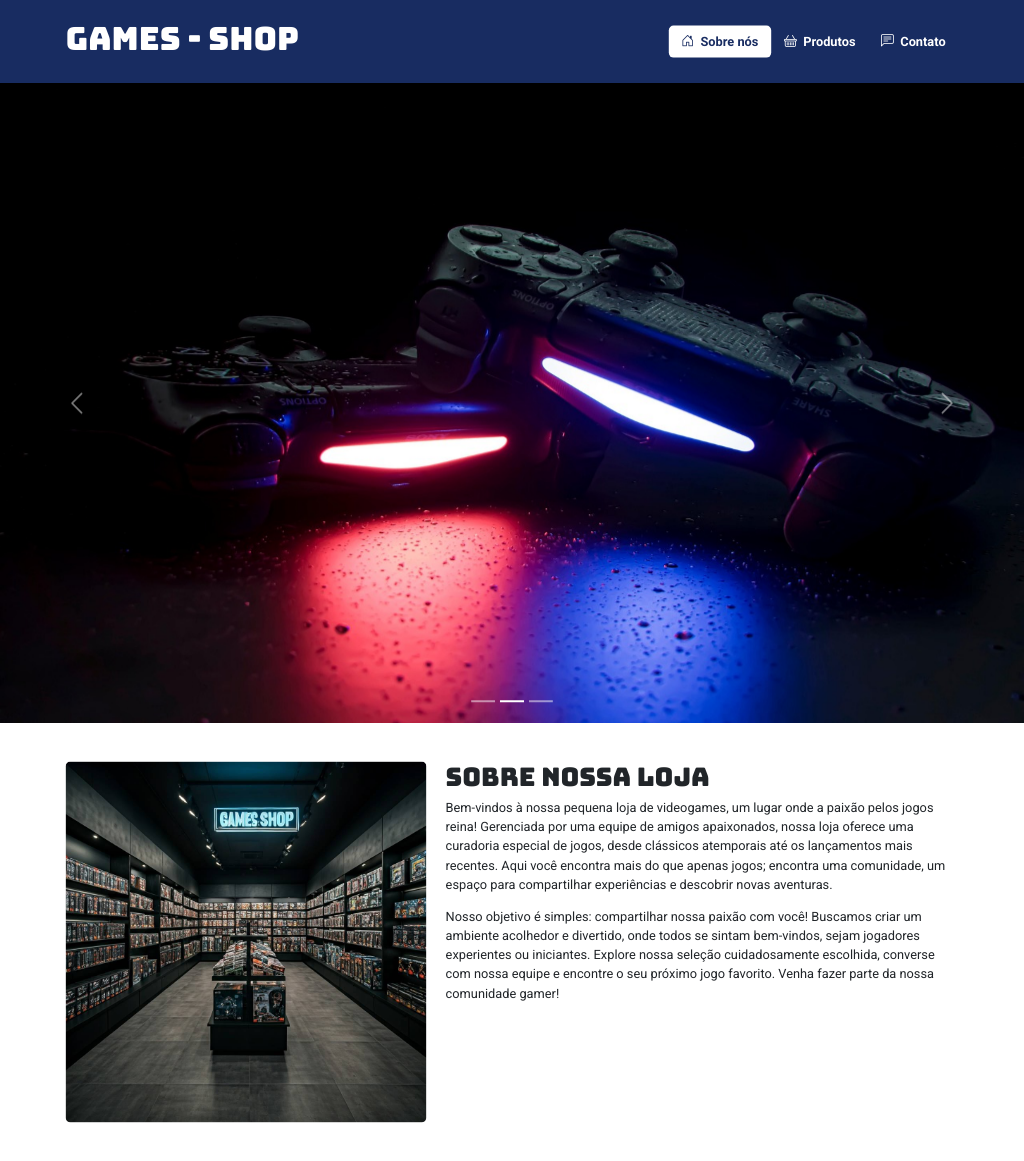
Repository: MatiasBrighent/GamesShop-Bootstrap
Page: index.html
These files come from the project's save history. The page is drawn as it stood at one moment and after the next save; the edit follows.
The browser window is 1280 px wide. The pictures show the whole page, at 80% of full size.

Above is the page before, as saved 2025-06-20 14:35:22.

After the next save:
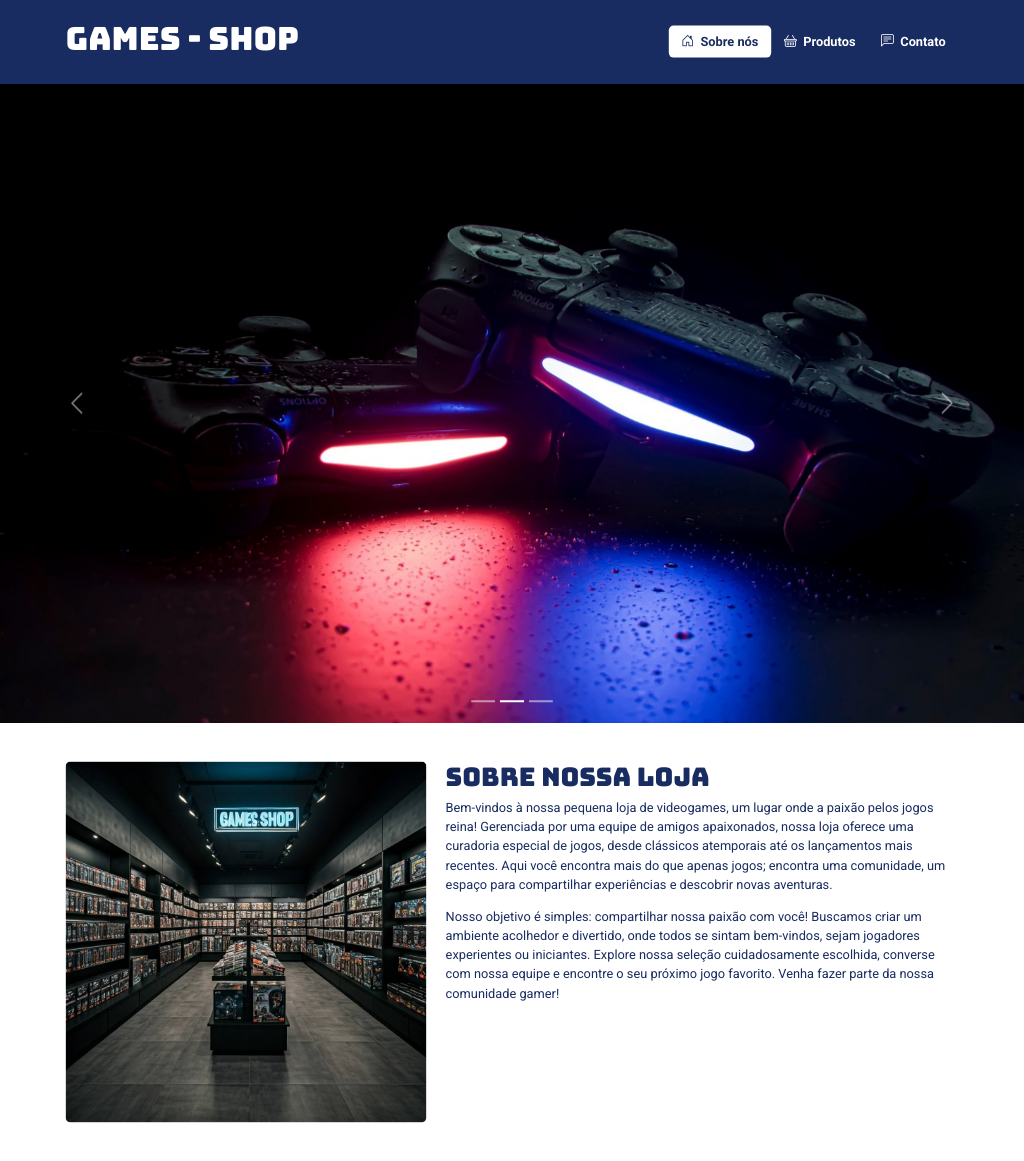
Saved 94 s later.
--- a/index.html
+++ b/index.html
@@ -74,11 +74,11 @@
                             <img src="images/Games-Shop.jpg" class="d-block w-100 rounded" alt="foto da nossa loja">
                         </div>
                         <div class="col-md-7 ">
-                            <h2 class="section-tittle  mt-md-0">Sobre nossa loja</h2>
-                            <p>
+                            <h2 class="section-tittle  mt-md-0 text-colored">Sobre nossa loja</h2>
+                            <p class="text-colored">
                                 Bem-vindos à nossa pequena loja de videogames, um lugar onde a paixão pelos jogos reina! Gerenciada por uma equipe de amigos apaixonados, nossa loja oferece uma curadoria especial de jogos, desde clássicos atemporais até os lançamentos mais recentes. Aqui você encontra mais do que apenas jogos; encontra uma comunidade, um espaço para compartilhar experiências e descobrir novas aventuras.
                             </p>
-                            <p>
+                            <p class="text-colored">
                                 Nosso objetivo é simples: compartilhar nossa paixão com você! Buscamos criar um ambiente acolhedor e divertido, onde todos se sintam bem-vindos, sejam jogadores experientes ou iniciantes. Explore nossa seleção cuidadosamente escolhida, converse com nossa equipe e encontre o seu próximo jogo favorito. Venha fazer parte da nossa comunidade gamer!
                             </p>
                         </div>
